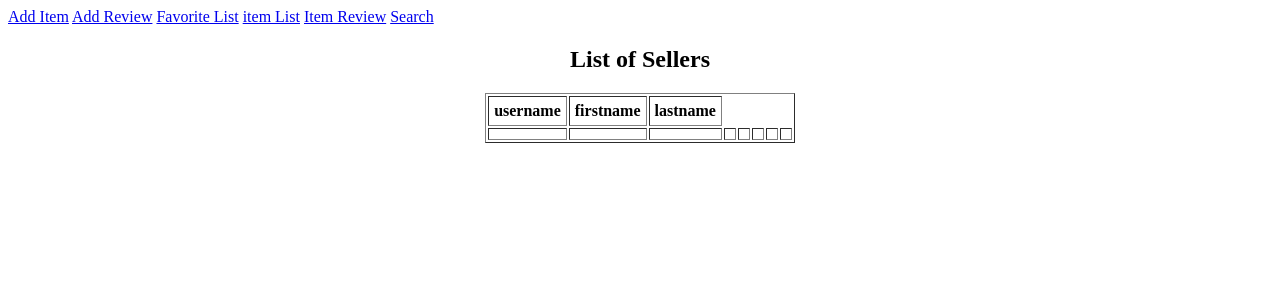
Repository: HamdanM/DatabaseProject
Page: http://localhost/DB3/seller.jsp
An editor plug-in stored every save of this project. The page is shown before and after the next save, followed by the edit.
The browser window is 1280 px wide. The pictures show the whole page.
The page is served by Tomcat 9. Other server files are loaded and not shown.

Above is the page before, as saved 2019-07-15 02:10:07.

### DB3/WebContent/seller.jsp
<%@ page language="java" contentType="text/html; charset=UTF-8"
    pageEncoding="UTF-8"%>
<!DOCTYPE html>
<html>
<head>
<meta charset="UTF-8">
<title>Insert title here</title>
</head>
<body>
<a href="addITem">Add Item</a>
<a href="addReview">Add Review</a>
<a href="favlist">Favorite List</a>
<a href="itemList">item List</a>
<a href="itemReview">Item Review</a>
<a href="search">Search</a>

  <div align="center">
        <table border="1" cellpadding="5">
            <caption><h2>List of Sellers</h2></caption>
            <tr>
                <th>username</th>
                <th>firstname</th>
                <th>lastname</th>

            </tr>
            <c:forEach var="user" items="${listUser}">
                <tr>
                    <td><c:out value="${user.username}" /></td>
                    <td><c:out value="${user.firstName}" /></td>
                    <td><c:out value="${user.lastName}" /></td>
                    <td><c:out value="${user.email}" /></td>
                    <td><c:out value="${user.gender}" /></td>
                    <td><c:out value="${user.age}" /></td>
                    <td><c:out value="${user.level}" /></td>
                    <td>



                    </td>
                </tr>
            </c:forEach>
        </table>
    </div>

</body>
</html>

After the next save:
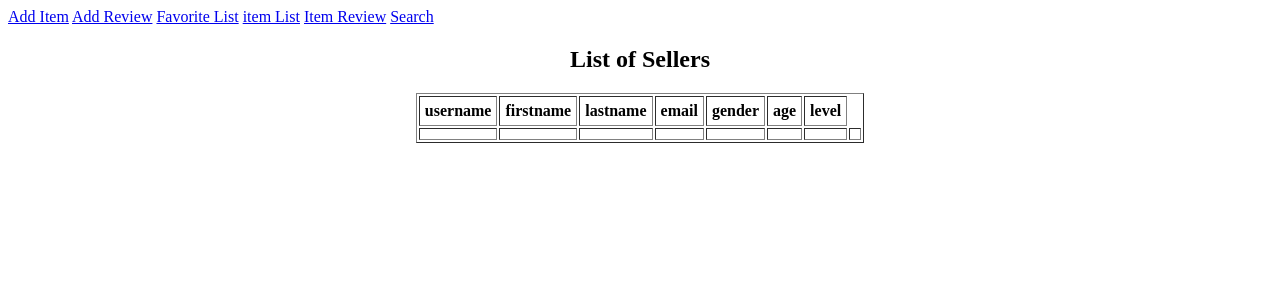
Saved 93 s later.
--- a/DB3/WebContent/seller.jsp
+++ b/DB3/WebContent/seller.jsp
@@ -21,6 +21,11 @@
                 <th>username</th>
                 <th>firstname</th>
                 <th>lastname</th>
+         		<th>email</th>
+                <th>gender</th>
+                <th>age</th>
+          		<th>level</th>
+
 
             </tr>
             <c:forEach var="user" items="${listUser}">
